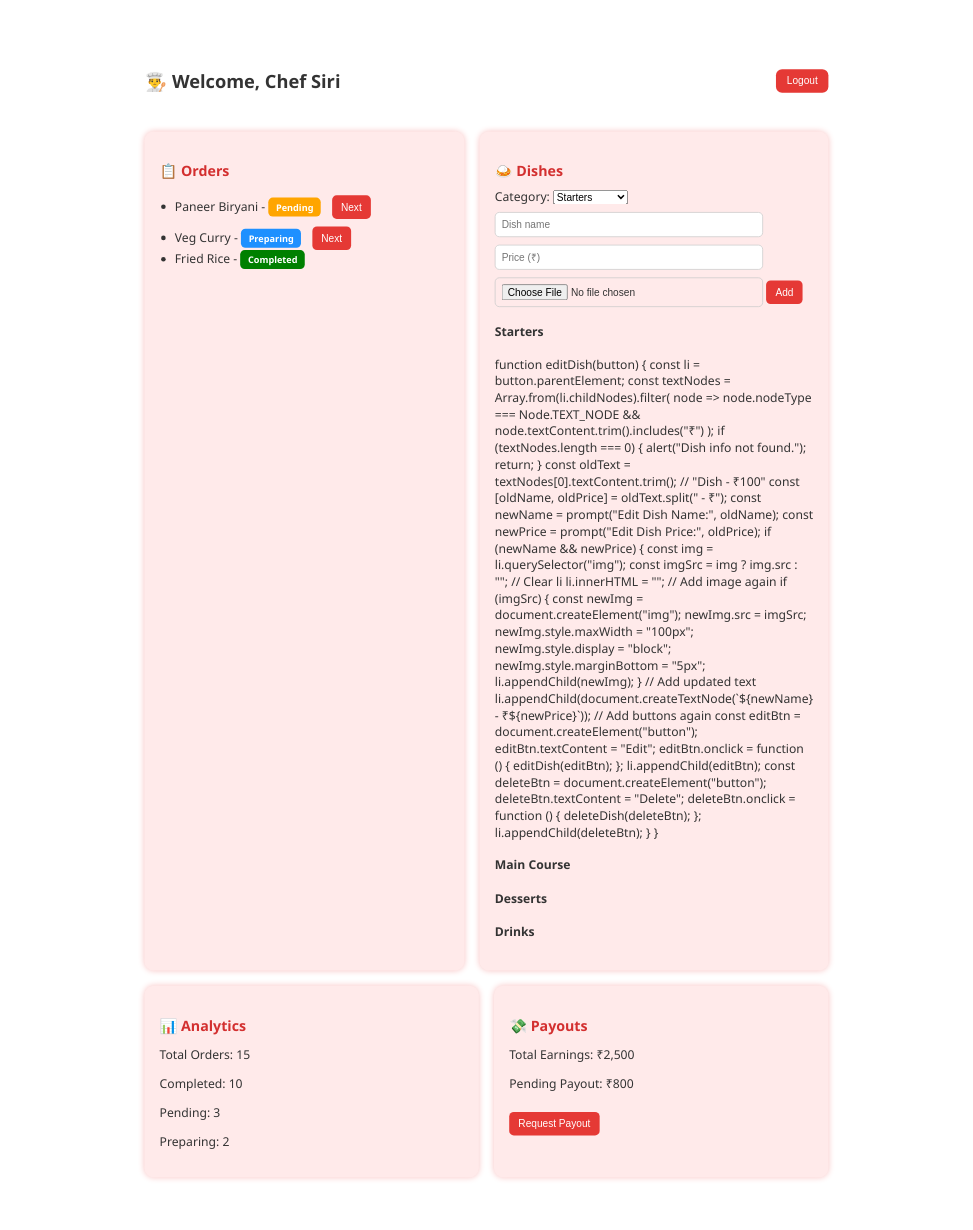
Repository: 1Siri7/chef
Page: dashboard.html
An editor plug-in stored every save of this project. The page is shown before and after the next save, followed by the edit.
The browser window is 1280 px wide. The pictures show the whole page, at 76% of full size.

Above is the page before, as saved 2025-07-29 18:43:09.

### dashboard.html
<!DOCTYPE html>
<html lang="en">
<head>
  <meta charset="UTF-8">
  <title>Chef Dashboard - Zavoryaf</title>
  <link rel="stylesheet" href="style.css">
</head>
<body>
  <div class="dashboard-container">
    <header>
      <h2>👨‍🍳 Welcome, Chef Siri</h2>
      <button onclick="logout()">Logout</button>
    </header>

    <section class="dashboard">
      <!-- Orders Section -->
      <div class="card">
        <h3>📋 Orders</h3>
        <ul id="orderList">
          <li>Paneer Biryani - <span class="status pending">Pending</span> <button onclick="updateOrderStatus(this)">Next</button></li>
          <li>Veg Curry - <span class="status preparing">Preparing</span> <button onclick="updateOrderStatus(this)">Next</button></li>
          <li>Fried Rice - <span class="status completed">Completed</span></li>
        </ul>
      </div>

      <!-- Dishes Section -->
      <div class="card">
        <h3>🍛 Dishes</h3>
        <label for="dishCategory">Category:</label>
        <select id="dishCategory">
          <option value="starters">Starters</option>
          <option value="main-course">Main Course</option>
          <option value="desserts">Desserts</option>
          <option value="drinks">Drinks</option>
        </select>

        <input type="text" id="newDish" placeholder="Dish name" />
        <input type="number" id="dishPrice" placeholder="Price (₹)" />
        <input type="file" id="dishImage" accept="image/*" capture="environment" />
        <button onclick="addDish()">Add</button>

        <h4>Starters</h4>
        <ul id="startersList"></ul>
        function editDish(button) {
  const li = button.parentElement;
  const textNodes = Array.from(li.childNodes).filter(
    node => node.nodeType === Node.TEXT_NODE && node.textContent.trim().includes("₹")
  );

  if (textNodes.length === 0) {
    alert("Dish info not found.");
    return;
  }

  const oldText = textNodes[0].textContent.trim(); // "Dish - ₹100"
  const [oldName, oldPrice] = oldText.split(" - ₹");

  const newName = prompt("Edit Dish Name:", oldName);
  const newPrice = prompt("Edit Dish Price:", oldPrice);

  if (newName && newPrice) {
    const img = li.querySelector("img");
    const imgSrc = img ? img.src : "";

    // Clear li
    li.innerHTML = "";

    // Add image again
    if (imgSrc) {
      const newImg = document.createElement("img");
      newImg.src = imgSrc;
      newImg.style.maxWidth = "100px";
      newImg.style.display = "block";
      newImg.style.marginBottom = "5px";
      li.appendChild(newImg);
    }

    // Add updated text
    li.appendChild(document.createTextNode(`${newName} - ₹${newPrice}`));

    // Add buttons again
    const editBtn = document.createElement("button");
    editBtn.textContent = "Edit";
    editBtn.onclick = function () {
      editDish(editBtn);
    };
    li.appendChild(editBtn);

    const deleteBtn = document.createElement("button");
    deleteBtn.textContent = "Delete";
    deleteBtn.onclick = function () {
      deleteDish(deleteBtn);
    };
    li.appendChild(deleteBtn);
  }
}


        <h4>Main Course</h4>
        <ul id="main-courseList"></ul>

        <h4>Desserts</h4>
        <ul id="dessertsList"></ul>

        <h4>Drinks</h4>
        <ul id="drinksList"></ul>
      </div>

      <!-- Analytics Section -->
      <div class="card">
        <h3>📊 Analytics</h3>
        <p>Total Orders: 15</p>
        <p>Completed: 10</p>
        <p>Pending: 3</p>
        <p>Preparing: 2</p>
      </div>

      <!-- Payout Section -->
      <div class="card">
        <h3>💸 Payouts</h3>
        <p>Total Earnings: ₹2,500</p>
        <p>Pending Payout: ₹800</p>
        <button>Request Payout</button>
      </div>
    </section>
  </div>

  <script src="script.js"></script>
</body>
</html>

### style.css
/* ---------- Global Styles ---------- */
body {
  font-family: 'Segoe UI', sans-serif;
  margin: 0;
  background: #fff;
  color: #333;
}

/* ---------- Auth Page ---------- */
.auth-container {
  max-width: 400px;
  margin: 60px auto;
  padding: 2rem;
  border: 2px solid #e53935;
  border-radius: 15px;
  background: #fff;
  box-shadow: 0 0 10px #f8d7da;
  text-align: center;
}

h1 {
  color: #e53935;
}

.form-toggle {
  display: flex;
  justify-content: center;
  margin-bottom: 1rem;
}

.form-toggle button {
  padding: 10px 20px;
  border: none;
  background: #fff;
  color: #e53935;
  font-weight: bold;
  cursor: pointer;
  border-bottom: 2px solid transparent;
  transition: border-bottom 0.3s ease;
}

.form-toggle button.active {
  border-bottom: 2px solid #e53935;
}

.auth-form {
  display: flex;
  flex-direction: column;
  gap: 10px;
}

.auth-form input {
  padding: 10px;
  border: 1px solid #ddd;
  border-radius: 8px;
  outline: none;
}

.auth-form button {
  background: #e53935;
  color: #fff;
  border: none;
  padding: 10px;
  border-radius: 8px;
  cursor: pointer;
  transition: background 0.3s ease;
}

.auth-form button:hover {
  background: #c62828;
}

.auth-form.hidden {
  display: none;
}

/* ---------- Dashboard Page ---------- */
.dashboard-container {
  max-width: 900px;
  margin: 50px auto;
  padding: 20px;
}

header {
  display: flex;
  justify-content: space-between;
  align-items: center;
}

header button {
  background: #e53935;
  color: #fff;
  border: none;
  padding: 8px 14px;
  border-radius: 8px;
  cursor: pointer;
  transition: background 0.3s ease;
}

header button:hover {
  background: #c62828;
}

.dashboard {
  display: flex;
  flex-wrap: wrap;
  gap: 20px;
  margin-top: 30px;
}

.card {
  background: #ffeaea;
  padding: 20px;
  flex: 1 1 280px;
  border-radius: 12px;
  box-shadow: 0 0 8px #f8c0c0;
}

.card h3 {
  color: #d32f2f;
  margin-bottom: 10px;
}

.card ul {
  padding-left: 20px;
  margin: 0;
}

.card input {
  padding: 8px;
  width: 80%;
  border-radius: 6px;
  border: 1px solid #ccc;
  margin-top: 10px;
  outline: none;
}

.card button {
  margin-top: 10px;
  padding: 8px 12px;
  background: #e53935;
  color: white;
  border: none;
  border-radius: 6px;
  cursor: pointer;
  transition: background 0.3s ease;
}

.card button:hover {
  background: #c62828;
}

/* ---------- Status Badges ---------- */
.status {
  display: inline-block;
  padding: 4px 10px;
  border-radius: 6px;
  font-size: 12px;
  font-weight: bold;
  color: white;
  margin-right: 10px;
}

.status.pending {
  background-color: orange;
}

.status.preparing {
  background-color: dodgerblue;
}

.status.completed {
  background-color: green;
}

### script.js
// ---------- Login/Register Toggle ----------
const loginBtn = document.getElementById("loginBtn");
const registerBtn = document.getElementById("registerBtn");
const loginForm = document.getElementById("loginForm");
const registerForm = document.getElementById("registerForm");

if (loginBtn && registerBtn && loginForm && registerForm) {
  loginBtn.addEventListener("click", () => {
    loginForm.classList.remove("hidden");
    registerForm.classList.add("hidden");
    loginBtn.classList.add("active");
    registerBtn.classList.remove("active");
  });

  registerBtn.addEventListener("click", () => {
    registerForm.classList.remove("hidden");
    loginForm.classList.add("hidden");
    registerBtn.classList.add("active");
    loginBtn.classList.remove("active");
  });

  loginForm.addEventListener("submit", (e) => {
    e.preventDefault();
    window.location.href = "dashboard.html";
  });

  registerForm.addEventListener("submit", (e) => {
    e.preventDefault();
    window.location.href = "dashboard.html";
  });
}

// ---------- Chef Dashboard Logic ----------
function logout() {
  window.location.href = "index.html";
}

function addDish() {
  const nameInput = document.getElementById("newDish");
  const priceInput = document.getElementById("dishPrice");
  const imageInput = document.getElementById("dishImage");
  const category = document.getElementById("dishCategory").value;

  const dish = nameInput.value.trim();
  const price = priceInput.value.trim();
  const imageFile = imageInput.files[0];

  if (!imageFile) {
    alert("Please select an image before adding a dish.");
    return;
  }

  if (dish && price) {
    const reader = new FileReader();
    reader.onload = function (e) {
      const li = document.createElement("li");
      li.innerHTML = `
        <img src="${e.target.result}" alt="${dish}" style="max-width: 100px; display:block; margin-bottom:5px;">
        ${dish} - ₹${price}
        <button onclick='editDish(this)'>Edit</button>
        <button onclick='deleteDish(this)'>Delete</button>`;
      document.getElementById(`${category}List`).appendChild(li);
    };
    reader.readAsDataURL(imageFile);

    nameInput.value = "";
    priceInput.value = "";
    imageInput.value = "";
  }
}

function deleteDish(btn) {
  btn.parentElement.remove();
}

function editDish(btn) {
  const li = btn.parentElement;
  const text = li.innerText.split("\n")[1]; // After image
  const textParts = text.split(" - ₹");
  const currentName = textParts[0].trim();
  const currentPrice = textParts[1]?.trim() || "";

  const newName = prompt("Edit dish name:", currentName);
  const newPrice = prompt("Edit dish price:", currentPrice);

  if (newName && newPrice) {
    const imgSrc = li.querySelector("img").src;
    li.innerHTML = `
      <img src="${imgSrc}" alt="${newName}" style="max-width: 100px; display:block; margin-bottom:5px;">
      ${newName} - ₹${newPrice}
      <button onclick='editDish(this)'>Edit</button>
      <button onclick='deleteDish(this)'>Delete</button>`;
  }
}

function updateOrderStatus(button) {
  const statusSpan = button.previousElementSibling;
  const currentStatus = statusSpan.textContent.toLowerCase();

  if (currentStatus === "pending") {
    statusSpan.textContent = "Preparing";
    statusSpan.className = "status preparing";
  } else if (currentStatus === "preparing") {
    statusSpan.textContent = "Completed";
    statusSpan.className = "status completed";
    button.remove();
  }
}

function previewImage(input) {
  const file = input.files[0];
  if (file) alert("Selected file: " + file.name);
}
function editDish(button) {
  const li = button.parentElement;
  const textNodes = Array.from(li.childNodes).filter(
    node => node.nodeType === Node.TEXT_NODE && node.textContent.trim().includes("₹")
  );

  if (textNodes.length === 0) {
    alert("Dish info not found.");
    return;
  }

  const oldText = textNodes[0].textContent.trim(); // "Dish - ₹100"
  const [oldName, oldPrice] = oldText.split(" - ₹");

  const newName = prompt("Edit Dish Name:", oldName);
  const newPrice = prompt("Edit Dish Price:", oldPrice);

  if (newName && newPrice) {
    const img = li.querySelector("img");
    const imgSrc = img ? img.src : "";

    // Clear li
    li.innerHTML = "";

    // Add image again
    if (imgSrc) {
      const newImg = document.createElement("img");
      newImg.src = imgSrc;
      newImg.style.maxWidth = "100px";
      newImg.style.display = "block";
      newImg.style.marginBottom = "5px";
      li.appendChild(newImg);
    }

    // Add updated text
    li.appendChild(document.createTextNode(`${newName} - ₹${newPrice}`));

    // Add buttons again
    const editBtn = document.createElement("button");
    editBtn.textContent = "Edit";
    editBtn.onclick = function () {
      editDish(editBtn);
    };
    li.appendChild(editBtn);

    const deleteBtn = document.createElement("button");
    deleteBtn.textContent = "Delete";
    deleteBtn.onclick = function () {
      deleteDish(deleteBtn);
    };
    li.appendChild(deleteBtn);
  }
}

After the next save:
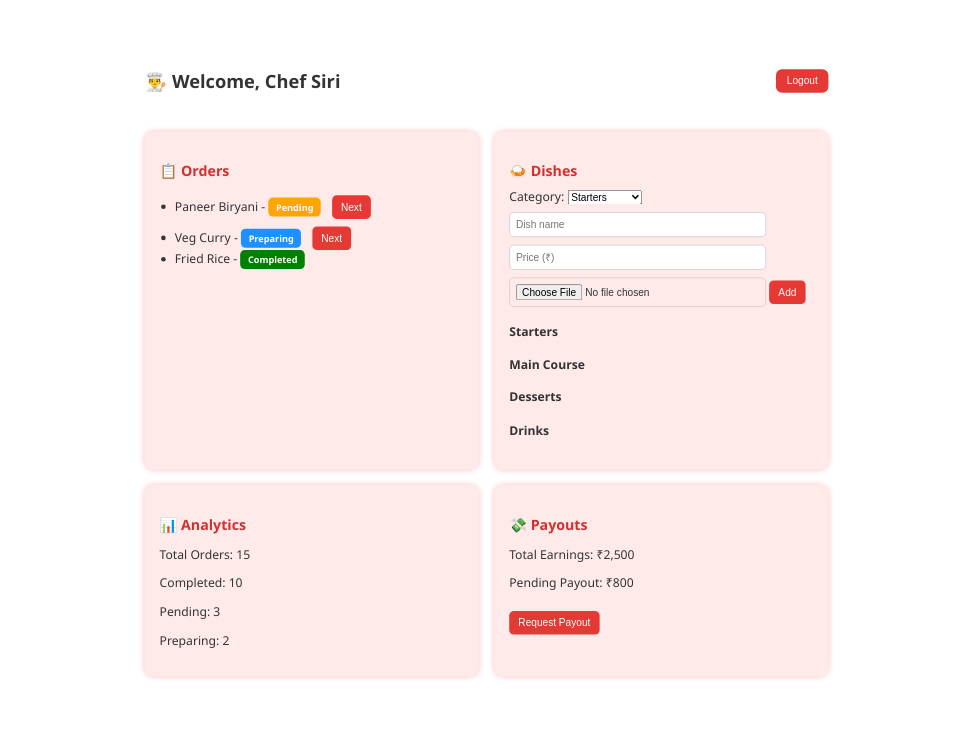
Saved 6 s later.
--- a/dashboard.html
+++ b/dashboard.html
@@ -41,59 +41,6 @@
 
         <h4>Starters</h4>
         <ul id="startersList"></ul>
-        function editDish(button) {
-  const li = button.parentElement;
-  const textNodes = Array.from(li.childNodes).filter(
-    node => node.nodeType === Node.TEXT_NODE && node.textContent.trim().includes("₹")
-  );
-
-  if (textNodes.length === 0) {
-    alert("Dish info not found.");
-    return;
-  }
-
-  const oldText = textNodes[0].textContent.trim(); // "Dish - ₹100"
-  const [oldName, oldPrice] = oldText.split(" - ₹");
-
-  const newName = prompt("Edit Dish Name:", oldName);
-  const newPrice = prompt("Edit Dish Price:", oldPrice);
-
-  if (newName && newPrice) {
-    const img = li.querySelector("img");
-    const imgSrc = img ? img.src : "";
-
-    // Clear li
-    li.innerHTML = "";
-
-    // Add image again
-    if (imgSrc) {
-      const newImg = document.createElement("img");
-      newImg.src = imgSrc;
-      newImg.style.maxWidth = "100px";
-      newImg.style.display = "block";
-      newImg.style.marginBottom = "5px";
-      li.appendChild(newImg);
-    }
-
-    // Add updated text
-    li.appendChild(document.createTextNode(`${newName} - ₹${newPrice}`));
-
-    // Add buttons again
-    const editBtn = document.createElement("button");
-    editBtn.textContent = "Edit";
-    editBtn.onclick = function () {
-      editDish(editBtn);
-    };
-    li.appendChild(editBtn);
-
-    const deleteBtn = document.createElement("button");
-    deleteBtn.textContent = "Delete";
-    deleteBtn.onclick = function () {
-      deleteDish(deleteBtn);
-    };
-    li.appendChild(deleteBtn);
-  }
-}
 
 
         <h4>Main Course</h4>
